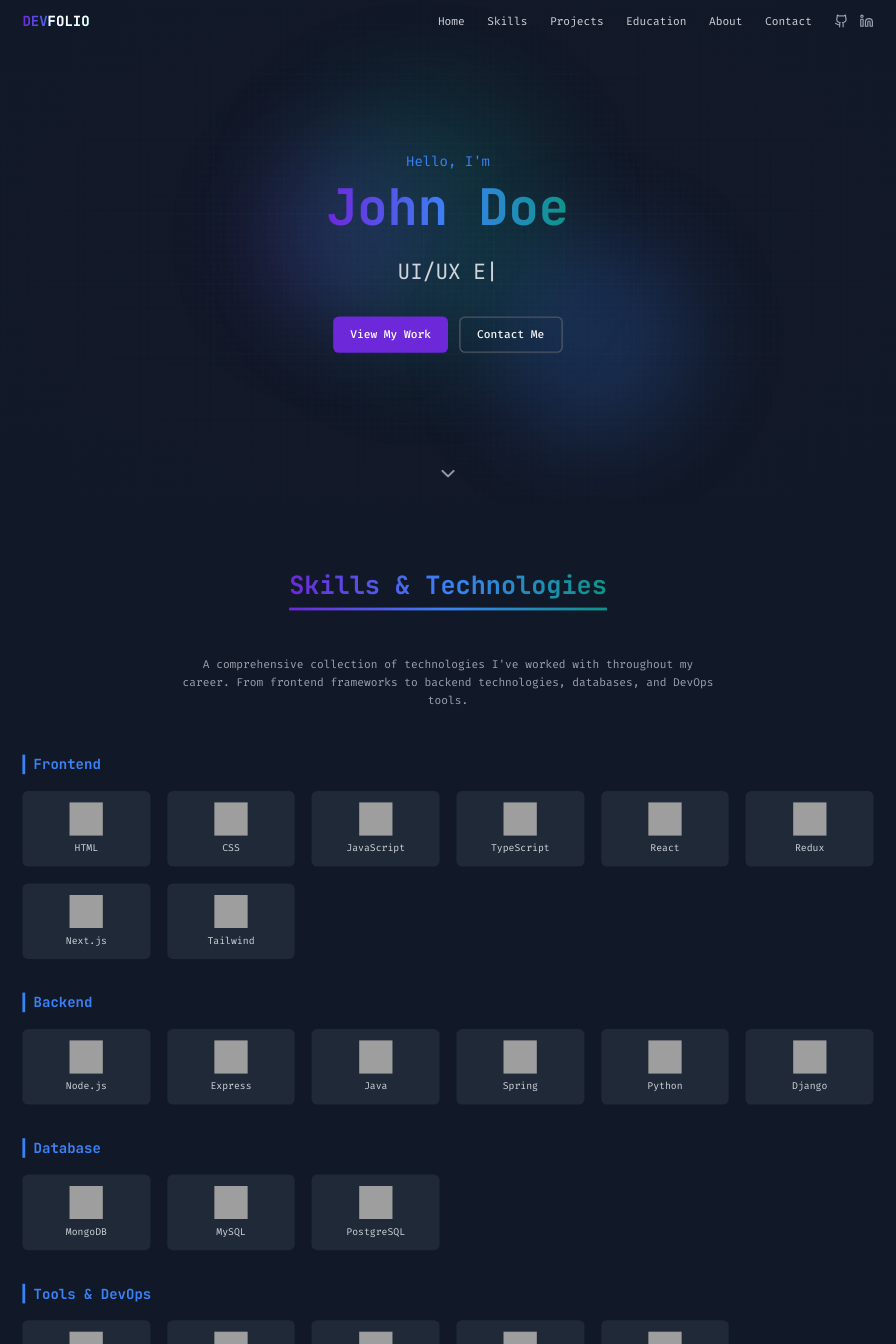
Repository: Saquib45/portfolio
Page: /
These files come from the project's save history. The page is drawn as it stood at one moment and after the next save; the edit follows.
The browser window is 1280 px wide. The pictures show the part of the page from y = 0 to 1920 px (the page is 7480 px tall), at 70% of full size.
Pictures or frames that could not be fetched are drawn as grey boxes. The project was rebuilt for these pictures with package versions that can differ from the ones it lists, and the page was loaded fresh each time. Also part of the build but not shown: vite.config.ts.

Above is the page before, as saved 2025-04-23 20:00:22.

After the next save:
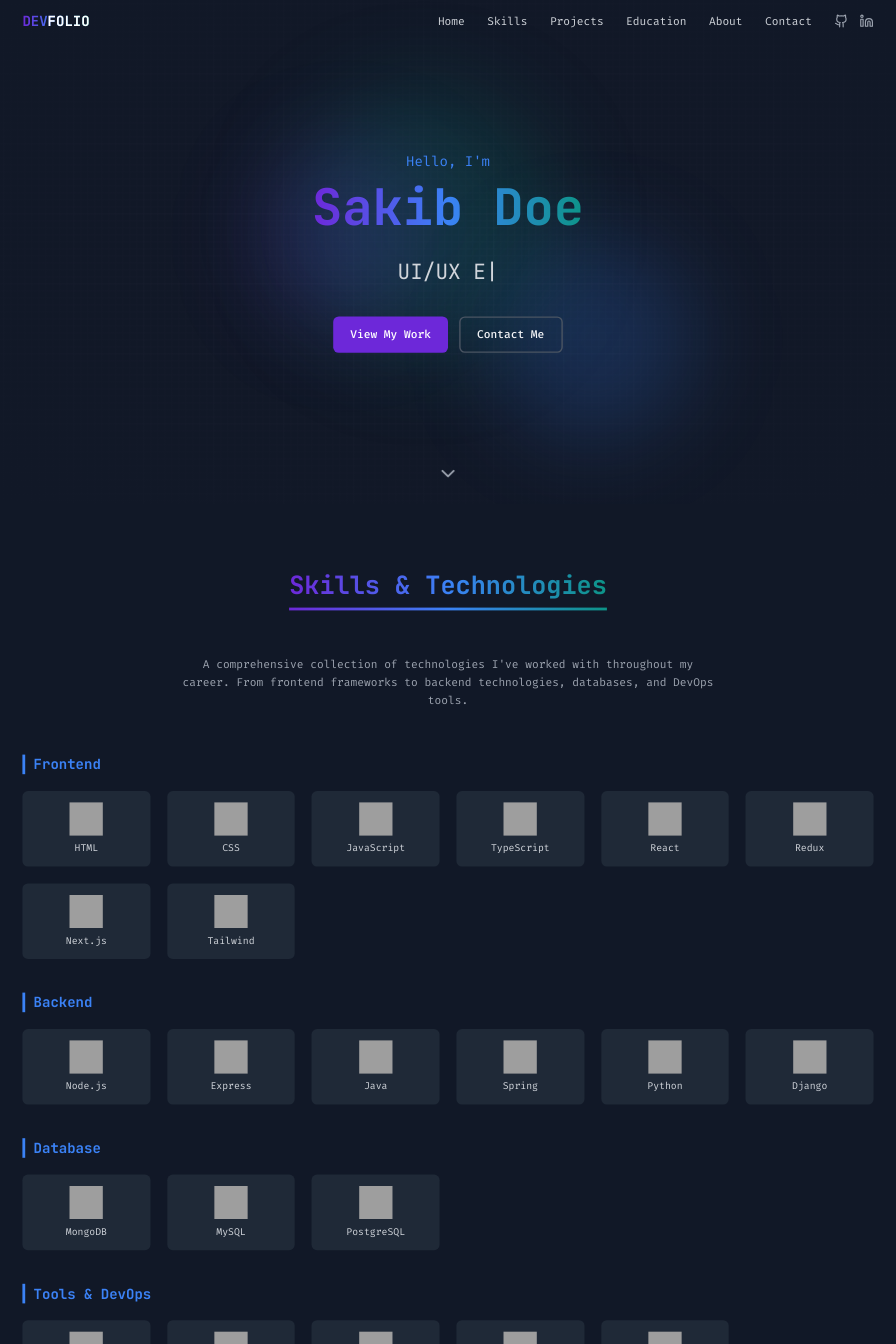
Saved 10 min 18 s later.
--- a/src/components/Hero.tsx
+++ b/src/components/Hero.tsx
@@ -76,7 +76,7 @@ const Hero: React.FC = () => {
             animate={{ opacity: 1 }}
             transition={{ delay: 0.4, duration: 0.8 }}
           >
-            <span className="gradient-text">John Doe</span>
+            <span className="gradient-text">Sakib Doe</span>
           </motion.h1>
 
           <motion.div
